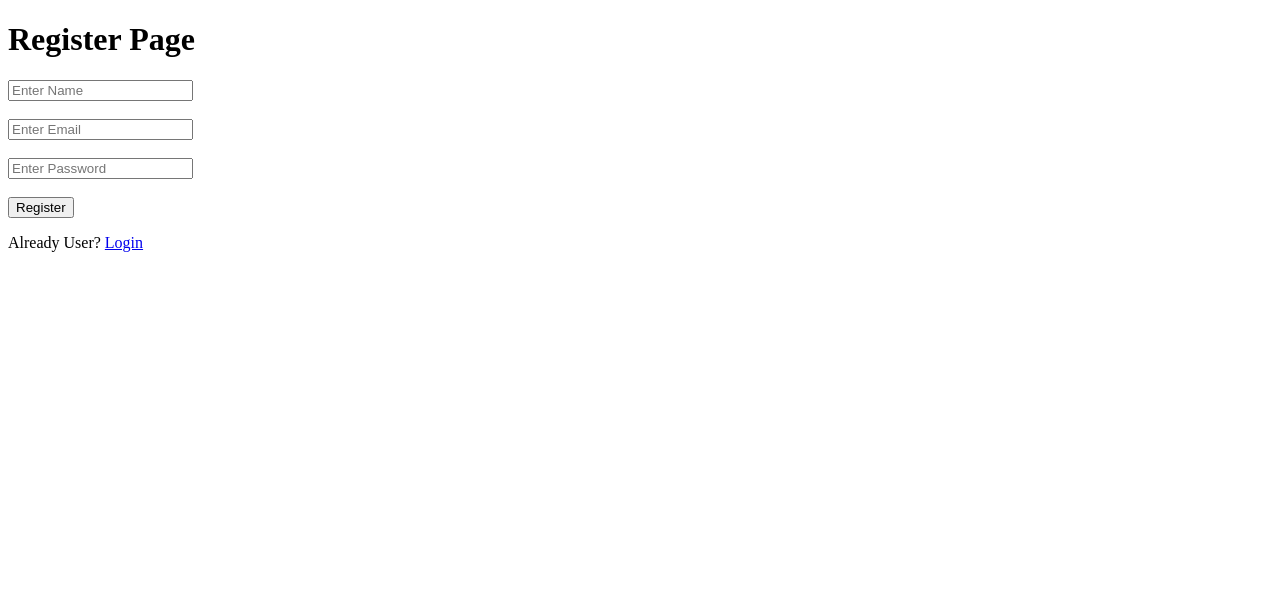
Repository: DeepikaBotla77/Ecommerce
Page: /
An editor plug-in stored every save of this project. The page is shown before and after a run of saves, followed by the edit.
The browser window is 1280 px wide. The pictures show the whole page.
The project was rebuilt for these pictures with package versions that can differ from the ones it lists, and the page was loaded fresh each time. Also part of the build but not shown: vite.config.js.

Above is the page before, as saved 2026-06-29 15:11:13.

After the next 2 saves:
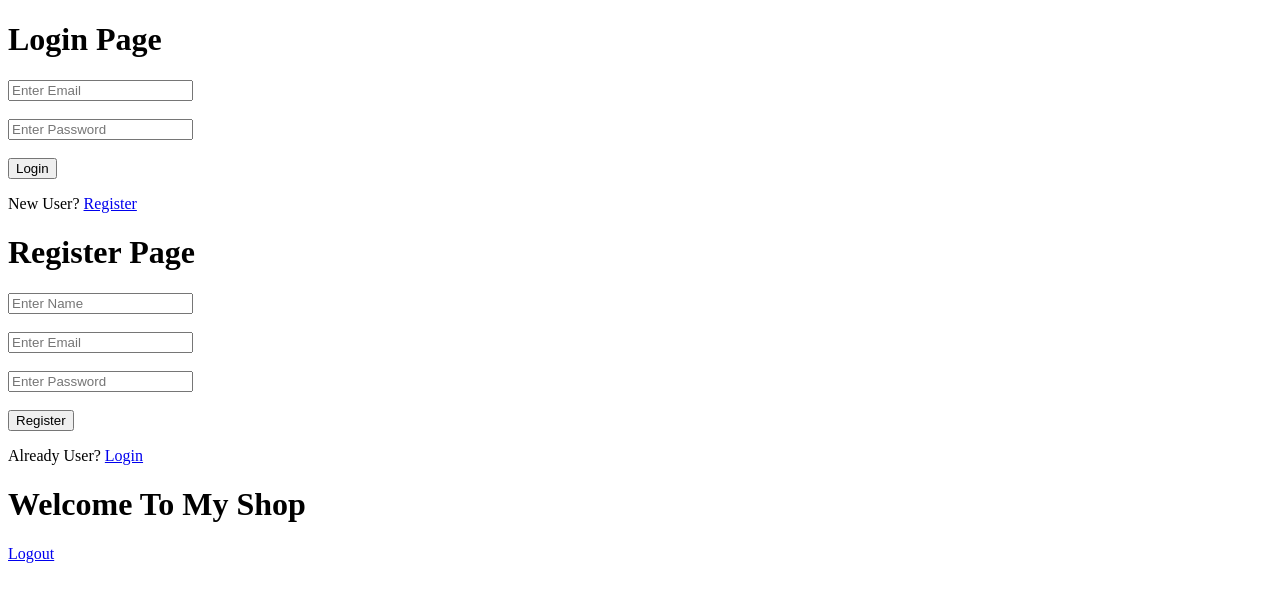
The 2 saves are shown as one change because they came seconds apart.
The last was saved 48 s later.
--- a/src/App.jsx
+++ b/src/App.jsx
@@ -5,9 +5,9 @@ import Register from './component/Navbar/Register'
 function App() {
   return (
     <div>
-      {/* <Login /> */}
+      <Login />
       <Register/>
-      {/* <Home/> */}
+      <Home/>
     </div>
   )
 }
